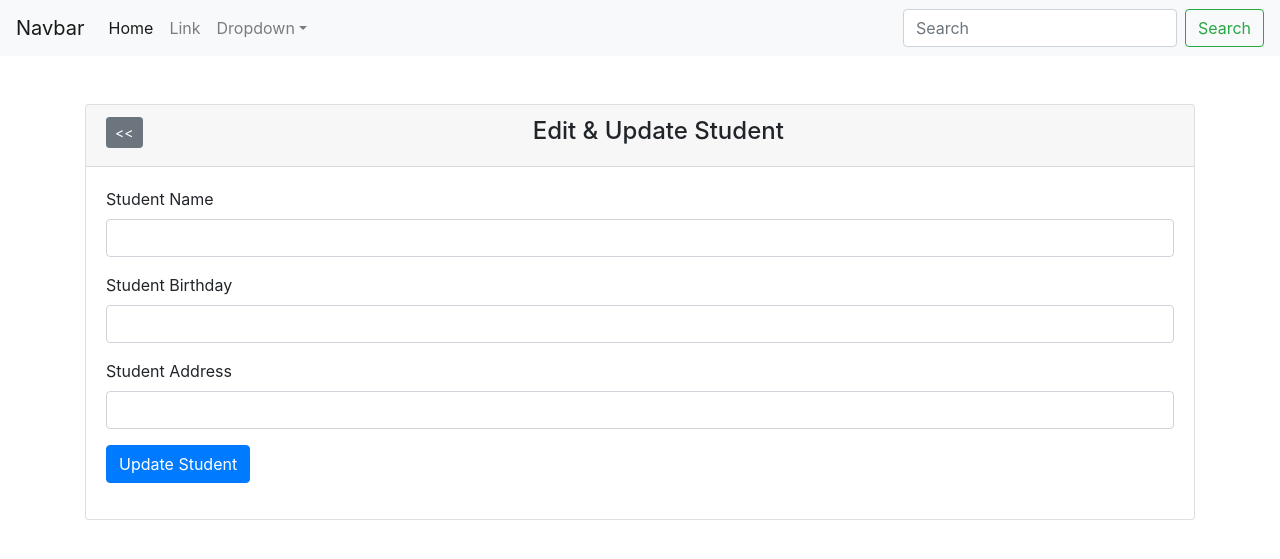
Repository: HungRau/TLU3675-php-laravel
Page: resources/views/student_edit.blade.php
The author's editor kept a copy of each file at every save. The page is drawn from the files as they stood at one save, then again after the next save.
The browser window is 1280 px wide. The pictures show the whole page.
The page is served by the project's Laravel application, run on PHP 8.4 with Laravel 9. Other server files are loaded and not shown. The template is opened directly, without the code that normally fills it, so the values that code supplies are empty.

Above is the page before, as saved 2022-10-15 18:56:59.

### routes/web.php
<?php

use Illuminate\Support\Facades\Route;
use App\Http\Controllers\StudentController; //add

/*
|--------------------------------------------------------------------------
| Web Routes
|--------------------------------------------------------------------------
|
| Here is where you can register web routes for your application. These
| routes are loaded by the RouteServiceProvider within a group which
| contains the "web" middleware group. Now create something great!
|
*/

Route::get('/', function () {
    return view('welcome');
});
Route::get('/student-manage', [StudentController::class, 'get_all_student']);

Route::get('student-edit/{id}', [StudentController::class, 'edit']);

Route::put('student-update/{id}', [StudentController::class, 'update']);

### resources/views/student_edit.blade.php
<!doctype html>
<html lang="en">
  <head>
    <title>Title</title>
    <!-- Required meta tags -->
    <meta charset="utf-8">
    <meta name="viewport" content="width=device-width, initial-scale=1, shrink-to-fit=no">

    <!-- Bootstrap CSS -->
    <link rel="stylesheet" href="https://stackpath.bootstrapcdn.com/bootstrap/4.3.1/css/bootstrap.min.css" integrity="sha384-ggOyR0iXCbMQv3Xipma34MD+dH/1fQ784/j6cY/iJTQUOhcWr7x9JvoRxT2MZw1T" crossorigin="anonymous">
  </head>
  <body>
    <nav class="navbar navbar-expand-sm navbar-light bg-light">
        <a class="navbar-brand" href="#">Navbar</a>
        <button class="navbar-toggler d-lg-none" type="button" data-toggle="collapse" data-target="#collapsibleNavId" aria-controls="collapsibleNavId"
            aria-expanded="false" aria-label="Toggle navigation">
            <span class="navbar-toggler-icon"></span>
        </button>
        <div class="collapse navbar-collapse" id="collapsibleNavId">
            <ul class="navbar-nav mr-auto mt-2 mt-lg-0">
                <li class="nav-item active">
                    <a class="nav-link" href="#">Home <span class="sr-only">(current)</span></a>
                </li>
                <li class="nav-item">
                    <a class="nav-link" href="#">Link</a>
                </li>
                <li class="nav-item dropdown">
                    <a class="nav-link dropdown-toggle" href="#" id="dropdownId" data-toggle="dropdown" aria-haspopup="true" aria-expanded="false">Dropdown</a>
                    <div class="dropdown-menu" aria-labelledby="dropdownId">
                        <a class="dropdown-item" href="#">Action 1</a>
                        <a class="dropdown-item" href="#">Action 2</a>
                    </div>
                </li>
            </ul>
            <form class="form-inline my-2 my-lg-0">
                <input class="form-control mr-sm-2" type="text" placeholder="Search">
                <button class="btn btn-outline-success my-2 my-sm-0" type="submit">Search</button>
            </form>
        </div>
    </nav>
    <div class="container">
      <div class="row">
          <div class="col-md-12 mt-5">@if(session('status'))
                    <div class="alert alert-success">
                        {{ session('status') }}
                    </div>
                @endif
              <div class="card">
                  <div class="card-header">
                      <a href="{{ url('student-manage') }}" class="btn btn-secondary btn-sm float-left"><<</a>
                      <h4 class="text-center fw-bold">Edit & Update Student</h4>
                  </div>
                  <div class="card-body">
                      <form action="{{ url('student-update/'.$students->id) }}" method="POST">
                          @csrf
                          @method('PUT')

                          <div class="form-group mb-3">
                              <label for="">Student Name</label>
                              <input type="text" name="fullname" value="{{$students->fullname}}" class="form-control">
                          </div>
                          <div class="form-group mb-3">
                              <label for="">Student Birthday</label>
                              <input type="text" name="birthday" value="{{$students->birthday}}" class="form-control">
                          </div>
                          <div class="form-group mb-3">
                              <label for="">Student Address</label>
                              <input type="text" name="address" value="{{$students->address}}" class="form-control">
                          </div>
                          <div class="form-group mb-3">
                              <button type="submit" class="btn btn-primary">Update Student</button>
                          </div>

                      </form>
                  </div>
                  {{-- Thông báo thành công --}}

              </div>
          </div>
      </div>
  </div>

  </body>
</html>

After the next save:
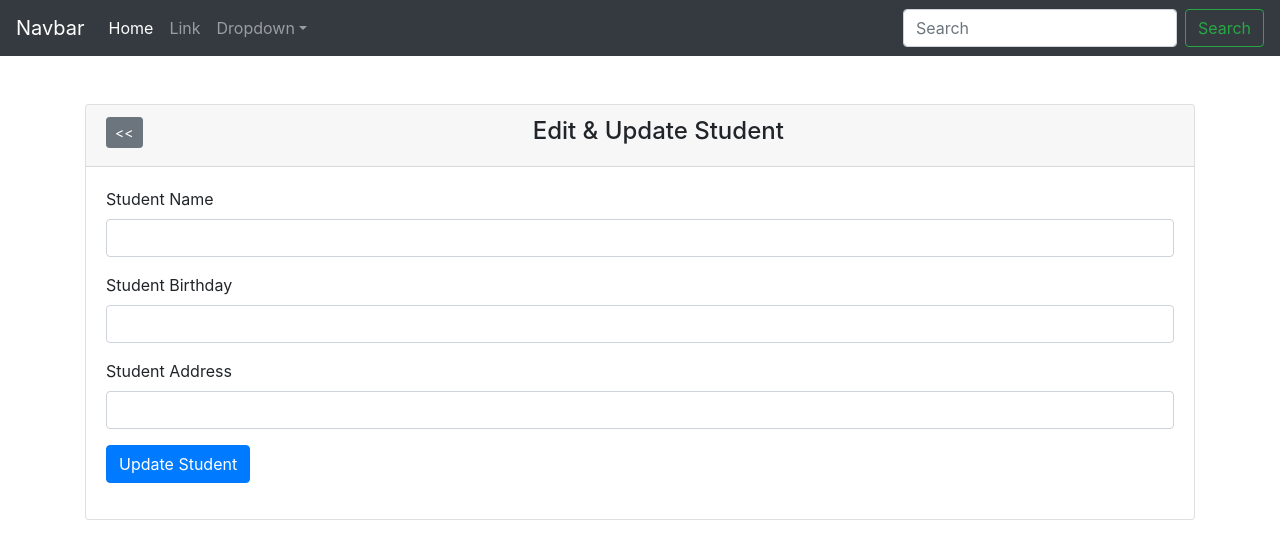
Saved 9 s later.
--- a/resources/views/student_edit.blade.php
+++ b/resources/views/student_edit.blade.php
@@ -10,7 +10,7 @@
     <link rel="stylesheet" href="https://stackpath.bootstrapcdn.com/bootstrap/4.3.1/css/bootstrap.min.css" integrity="sha384-ggOyR0iXCbMQv3Xipma34MD+dH/1fQ784/j6cY/iJTQUOhcWr7x9JvoRxT2MZw1T" crossorigin="anonymous">
   </head>
   <body>
-    <nav class="navbar navbar-expand-sm navbar-light bg-light">
+    <nav class="navbar navbar-expand-sm navbar-dark bg-dark">
         <a class="navbar-brand" href="#">Navbar</a>
         <button class="navbar-toggler d-lg-none" type="button" data-toggle="collapse" data-target="#collapsibleNavId" aria-controls="collapsibleNavId"
             aria-expanded="false" aria-label="Toggle navigation">
